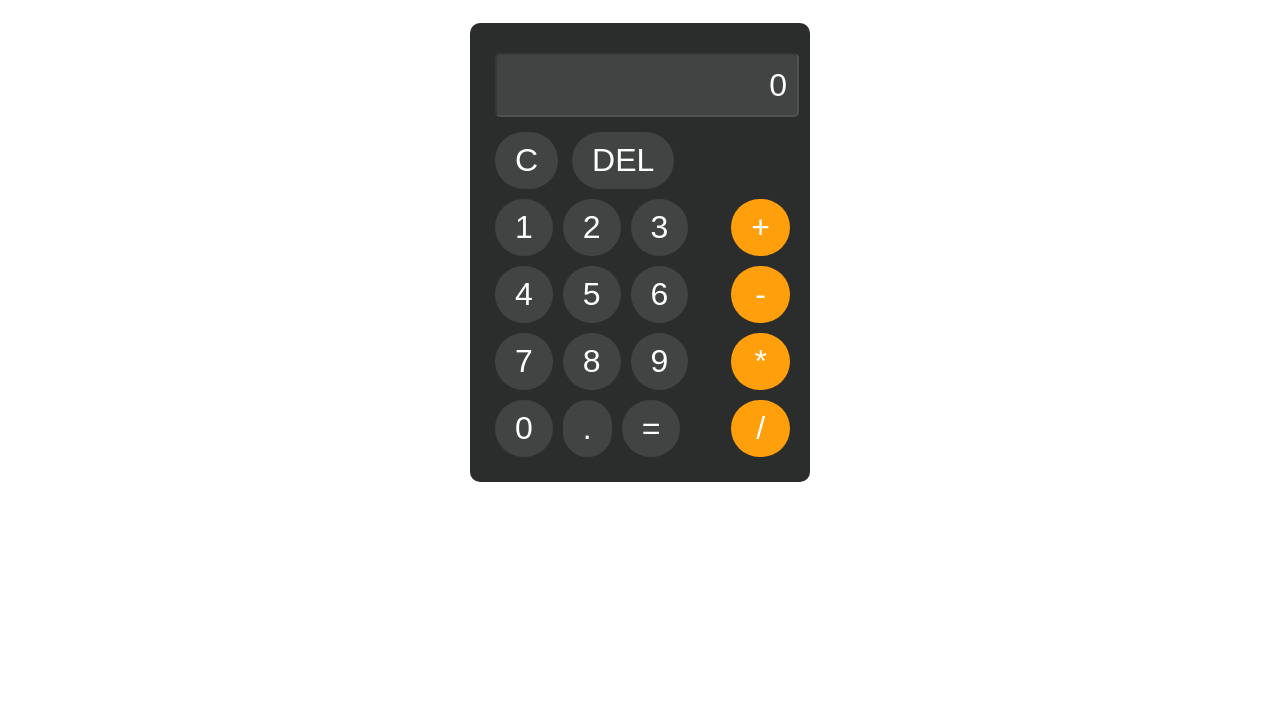
Repository: jaskeat/Calculator
Page: index.html
These files come from the project's save history. The page is drawn as it stood at one moment and after the next save; the edit follows.
The browser window is 1280 px wide. The pictures show the whole page.

Above is the page before, as saved 2024-09-12 13:25:30.

After the next save:
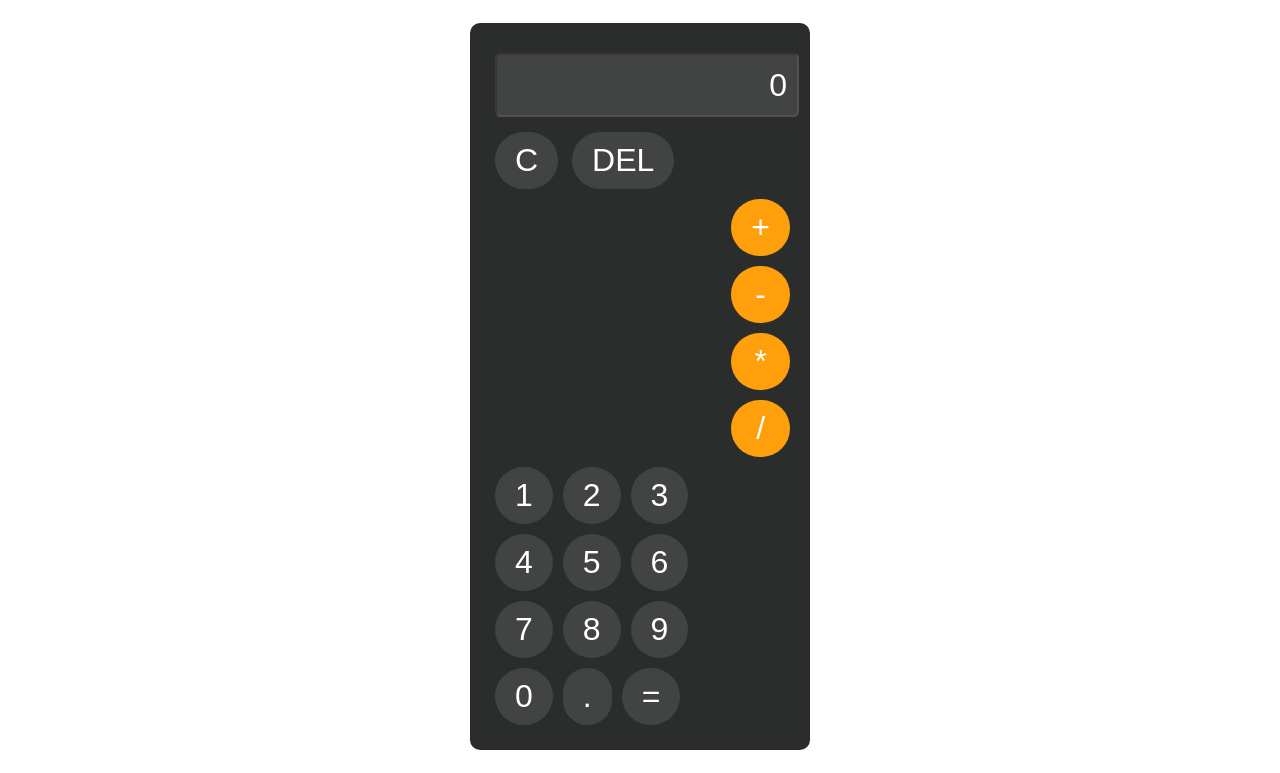
Saved 58 s later.
--- a/index.html
+++ b/index.html
@@ -19,10 +19,11 @@
 
 			<div class="buttons">
 				<div class="operators">
-					<button class="btn" onclick="append('+')">+</button>
-					<button class="btn" onclick="append('-')">-</button>
-					<button class="btn" onclick="append('*')">*</button>
-					<button class="btn" onclick="append('/')">/</button>
+					<button class="btn">+</button>
+					<button class="btn">-</button>
+					<button class="btn">*</button>
+					<button class="btn">/</button>
+				</div>
 				</div>
 
 				<div class="numbers">

After the save that followed:
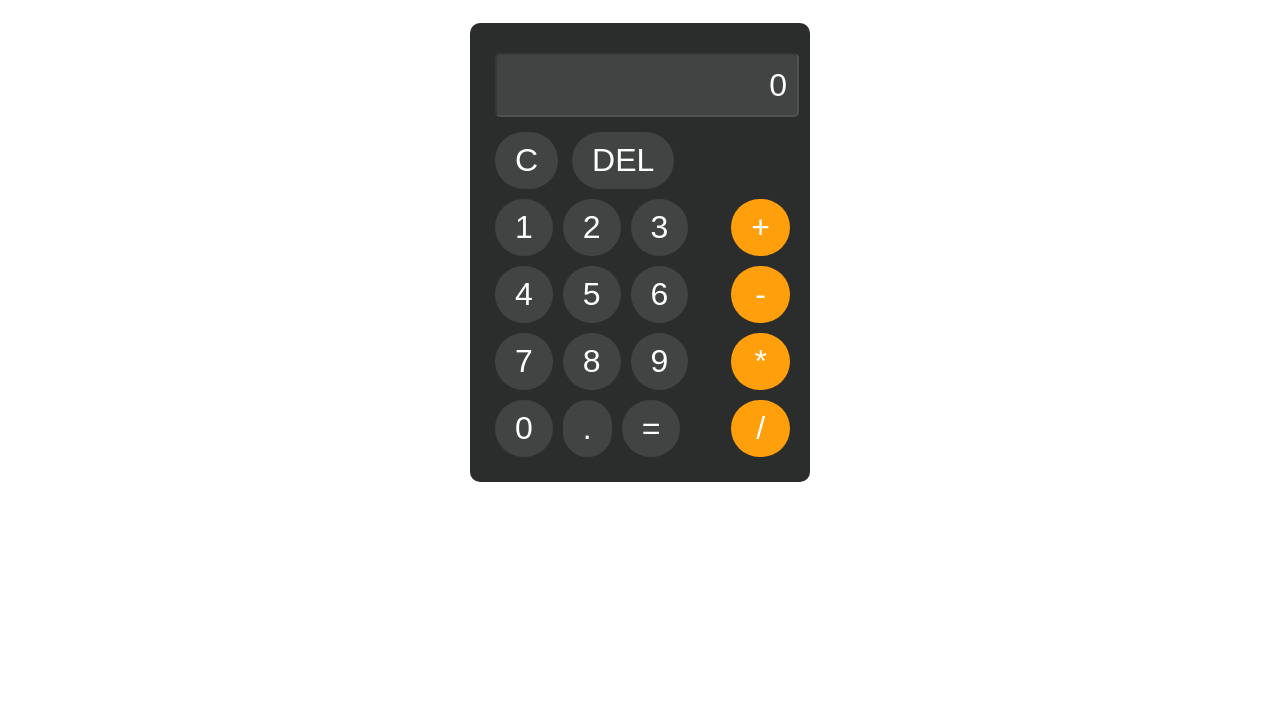
Saved 11 s later.
--- a/index.html
+++ b/index.html
@@ -19,11 +19,10 @@
 
 			<div class="buttons">
 				<div class="operators">
-					<button class="btn">+</button>
-					<button class="btn">-</button>
+					<button class="btn" onclick="append('+')">+</button>
+					<button class="btn" onclick="append('-')">-</button>
 					<button class="btn">*</button>
 					<button class="btn">/</button>
-				</div>
 				</div>
 
 				<div class="numbers">
